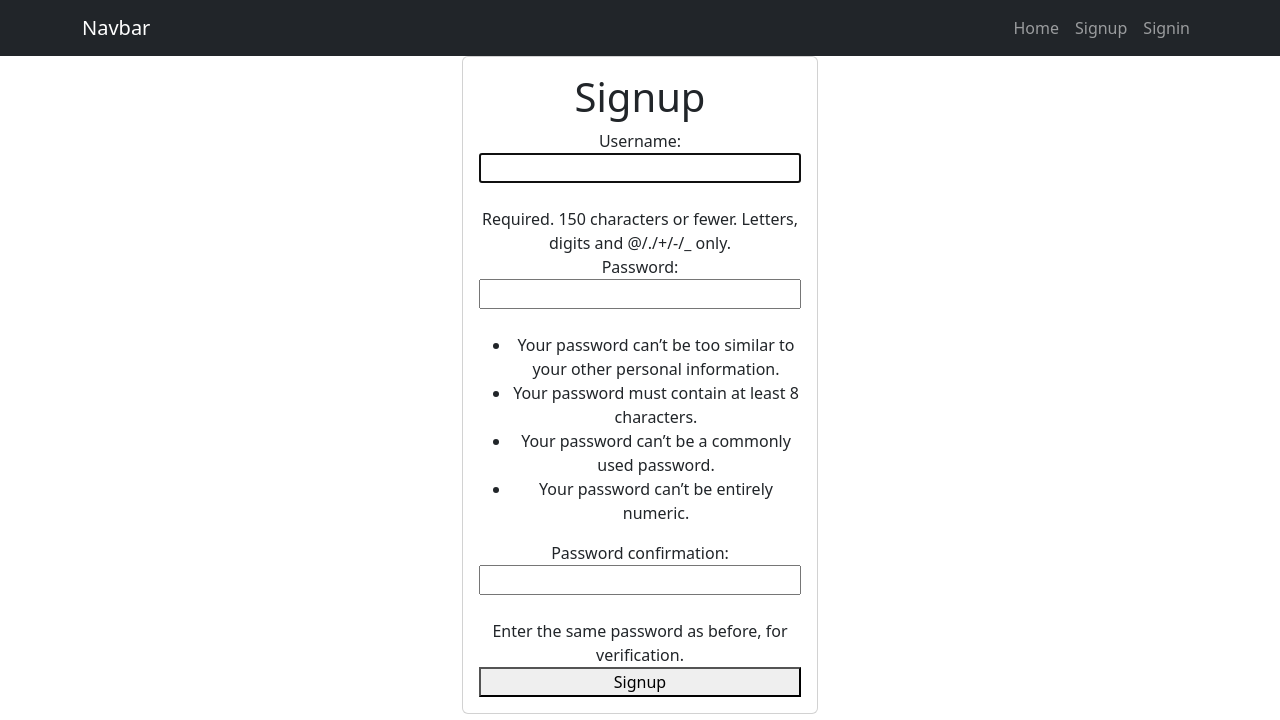
Repository: dbettancourt/django-auth-crud
Page: http://localhost/signup/
The author's editor kept a copy of each file at every save. The page is drawn from the files as they stood at one save, then again after the next save.
The browser window is 1280 px wide. The pictures show the whole page.
The page is served by the project's application, run on Django 4.2 (manage.py).

Above is the page before, as saved 2023-06-06 10:47:07.

After the next save:
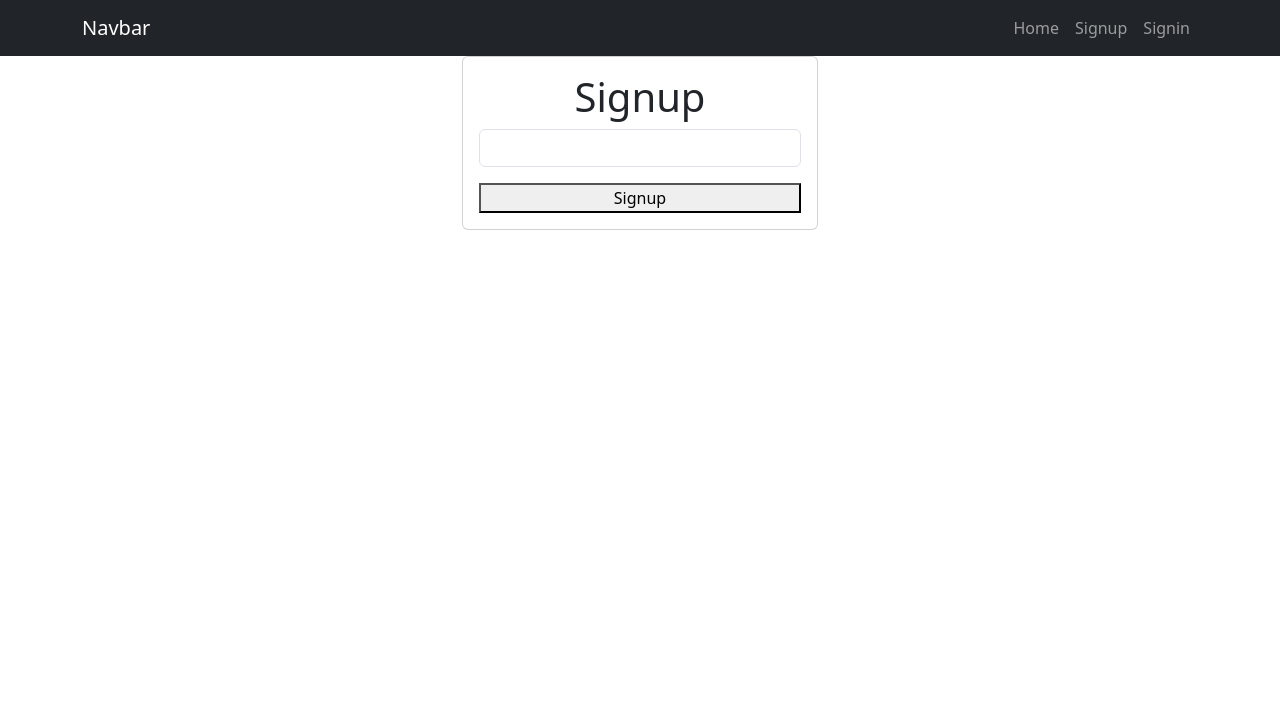
Saved 2 min 24 s later.
--- a/tasks/templates/signup.html
+++ b/tasks/templates/signup.html
@@ -11,7 +11,10 @@
                 {{error}}
 
                 {% csrf_token %}
-                {{form}}
+
+                <div class="mb-3">
+                    <input type="text" name="username" class="form-control">
+                </div>
 
                 <button>
                     Signup
